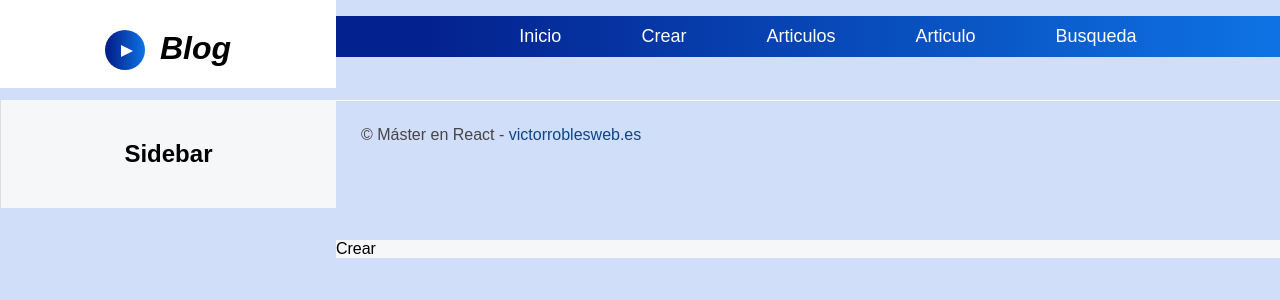
Repository: DamianBermudez94/frondEnd-blog
Page: /crear
These files come from the project's save history. The page is drawn as it stood at one moment and after the next save; the edit follows.
The browser window is 1280 px wide. The pictures show the whole page.
The project was rebuilt for these pictures with package versions that can differ from the ones it lists, and the page was loaded fresh each time. Also part of the build but not shown: vite.config.js, src/components/pages/Inicio.jsx, src/components/pages/Busqueda.jsx, src/components/pages/Articulos.jsx, src/components/pages/Articulo.jsx.

Above is the page before, as saved 2023-08-07 22:31:38.

After the next save:
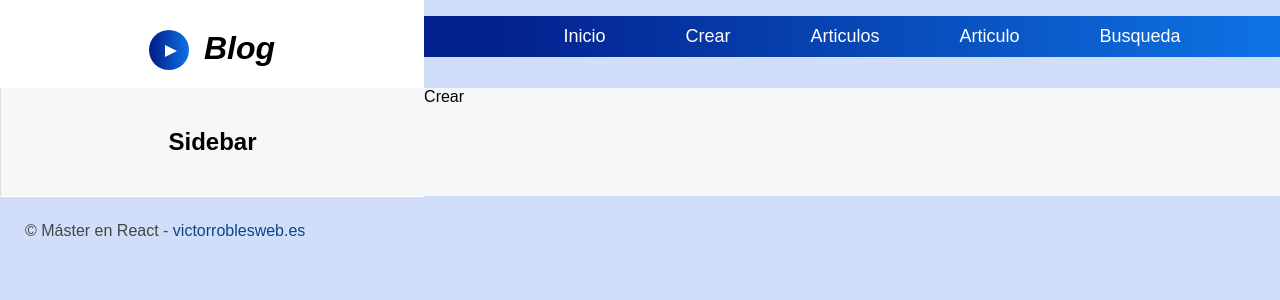
Saved 5 s later.
--- a/src/index.css
+++ b/src/index.css
@@ -85,7 +85,7 @@
 
   display: grid;
 
-  grid-template-rows: 100px 70px auto 70px;
+
 }
 
 /*ESTILOS CABECERA*/

After the save that followed:
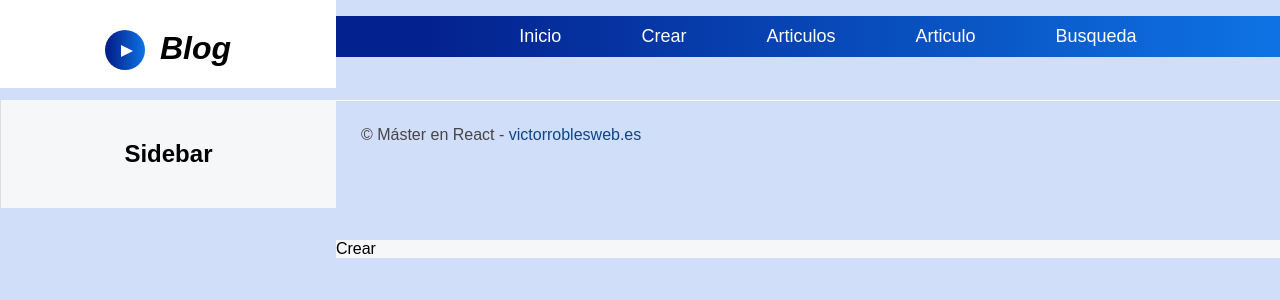
Saved 9 s later.
--- a/src/index.css
+++ b/src/index.css
@@ -85,7 +85,7 @@
 
   display: grid;
 
-
+  grid-template-rows: 100px 70px auto 70px;
 }
 
 /*ESTILOS CABECERA*/
